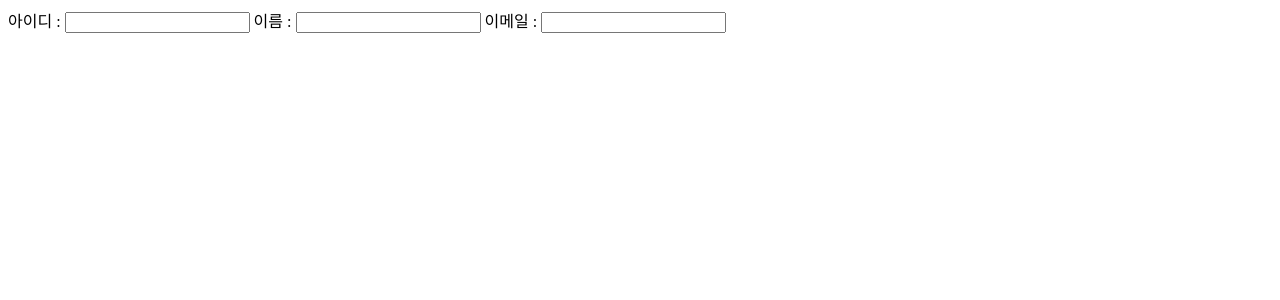
Repository: lch901/webStudy
Page: http://localhost/a20_8_24/memberForm.jsp
An editor plug-in stored every save of this project. The page is shown before and after the next save, followed by the edit.
The browser window is 1280 px wide. The pictures show the whole page.
The page is served by Tomcat 9.

Above is the page before, as saved 2020-08-24 01:39:40.

After the next save:
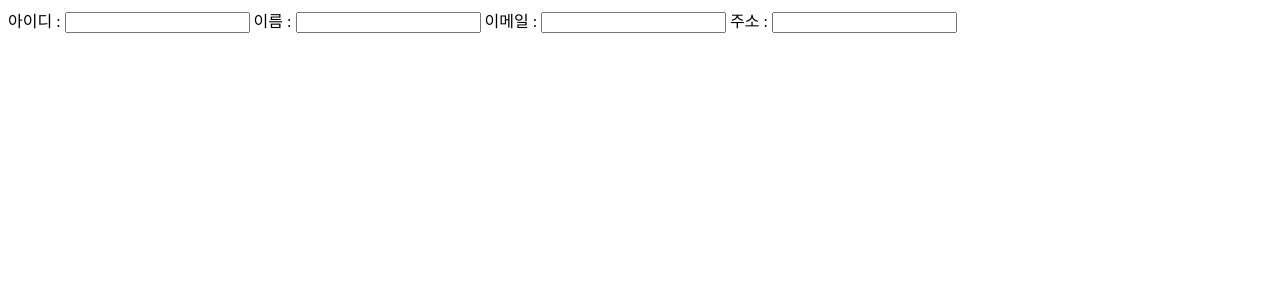
Saved 13 s later.
--- a/a20_8_24/WebContent/memberForm.jsp
+++ b/a20_8_24/WebContent/memberForm.jsp
@@ -11,6 +11,7 @@
 		아이디 : <input type="text" name="id">
 		이름 : <input type="text" name="name">
 		이메일 : <input type="email" name="email">
+		주소 : <input type="text" name="address">
 	</form>
 </body>
 </html>
